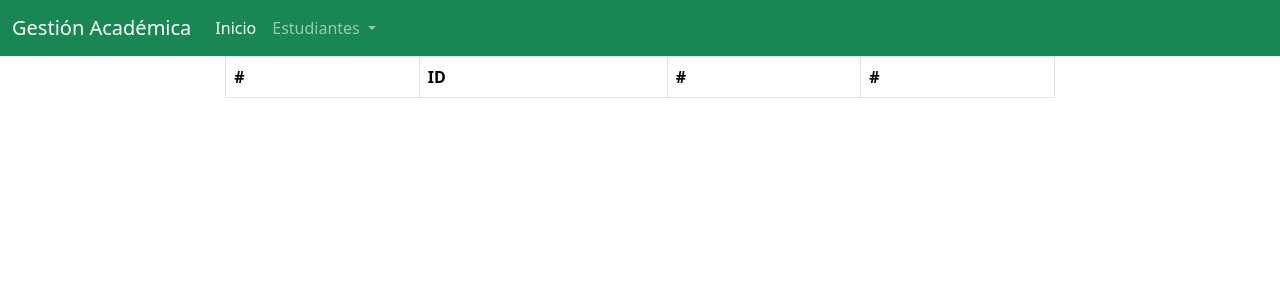
Repository: cesartomedes/frontacademico
Page: /
The author's editor kept a copy of each file at every save. The page is drawn from the files as they stood at one save, then again after a run of saves.
The browser window is 1280 px wide. The pictures show the whole page.
The project was rebuilt for these pictures with package versions that can differ from the ones it lists, and the page was loaded fresh each time. Also part of the build but not shown: vue.config.js, src/components/HelloWorld.vue, src/views/EstudianteNew.vue, src/views/EstudianteEdit.vue, src/views/EstudianteView.vue.

Above is the page before, as saved 2023-10-24 15:43:46.

### src/main.js
import { createApp } from 'vue'
import App from './App.vue'
import router from './router'
import store from './store'
import '@fortawesome/fontawesome-free/css/all.min.css'
import 'bootstrap/dist/css/bootstrap.css'


createApp(App).use(store).use(router).mount('#app')

import 'bootstrap/dist/js/bootstrap'

### src/App.vue
<template>
      <nav class="navbar navbar-expand-lg navbar-dark bg-success">
        <div class="container-fluid">
          <a class="navbar-brand" href="#">Gestión Académica</a>
          <button class="navbar-toggler" type="button" data-bs-toggle="collapse" data-bs-target="#navbarSupportedContent" aria-controls="navbarSupportedContent" aria-expanded="false" aria-label="Toggle navigation">
            <span class="navbar-toggler-icon"></span>
          </button>
          <div class="collapse navbar-collapse" id="navbarSupportedContent">
            <ul class="navbar-nav me-auto mb-2 mb-lg-0">
              <li class="nav-item">
                <a class="nav-link active" aria-current="page" href="#">Inicio</a>
              </li>

              <li class="nav-item dropdown">
                <a class="nav-link dropdown-toggle" href="#" role="button" data-bs-toggle="dropdown" aria-expanded="false">
                  Estudiantes
                </a>
                <ul class="dropdown-menu">

                  <li>
                    <router-link class="dropdown-item" to="/">Listar Estudiantes</router-link>
                  </li>

                  <li>
                    <router-link class="dropdown-item" to="/createE">Registrar Nuevo</router-link>
                  </li>
                  <li><hr class="dropdown-divider"></li>
                  <li><a class="dropdown-item" href="#">Something else here</a></li>
                </ul>
              </li>
            </ul>

          </div>
        </div>
    </nav>
    <div class="container-fluid">
      <router-view/>
    </div>

</template>

### src/router/index.js
import { createRouter, createWebHashHistory } from 'vue-router'
import HomeView from '../views/HomeView.vue'
import EstudianteNew from '../views/EstudianteNew.vue'
import EstudianteEdit from '../views/EstudianteEdit.vue'
import EstudianteView from '../views/EstudianteView.vue'

const routes = [
  {
    path: '/',
    name: 'home',
    component: HomeView
  },

  {
    path: '/createE',
    name: 'createE',
    component: EstudianteNew
  },

  {
    path: '/editE/:id',
    name: 'editE',
    component: EstudianteEdit
  },

  {
    path: '/viewE/:id',
    name: 'viewE',
    component: EstudianteView
  }
]

const router = createRouter({
  history: createWebHashHistory(),
  routes
})

export default router

### src/views/HomeView.vue
<template>
      <div class="row">
        <div class="col-lg-8 offset-lg-2">
          <div class="table-responsive">
            <table class="table table-bordered table-hover">
              <thead>
                <tr>
                  <th>#</th>
                  <th>ID</th>
                  <th>#</th>
                  <th>#</th>
                </tr>
              </thead>
            </table>
          </div>
        </div>
      </div>
</template>

<script>
// @ is an alias to /src
import HelloWorld from '@/components/HelloWorld.vue'

export default {
  name: 'HomeView',
  components: {
    HelloWorld
  }
}
</script>

Loaded but not shown: public/index.html (common file); src/store/index.js (common file)

After the next 2 saves:
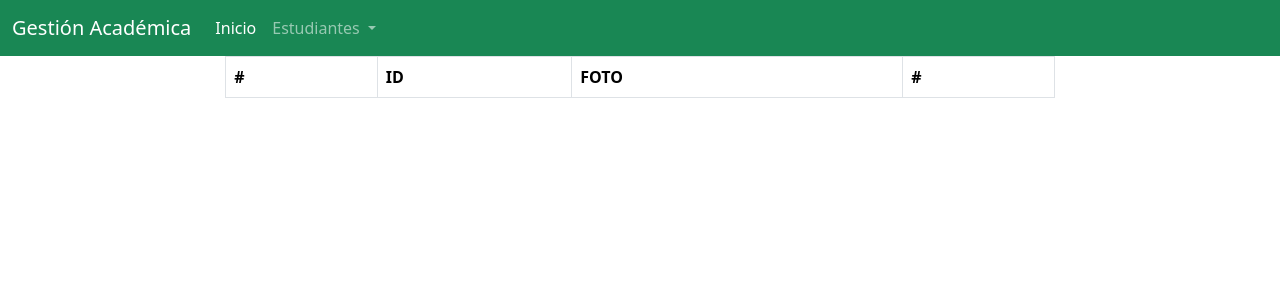
The 2 saves are shown as one change because they came seconds apart.
The last was saved 7 s later.
--- a/src/views/HomeView.vue
+++ b/src/views/HomeView.vue
@@ -7,7 +7,7 @@
                 <tr>
                   <th>#</th>
                   <th>ID</th>
-                  <th>#</th>
+                  <th>FOTO</th>
                   <th>#</th>
                 </tr>
               </thead>
